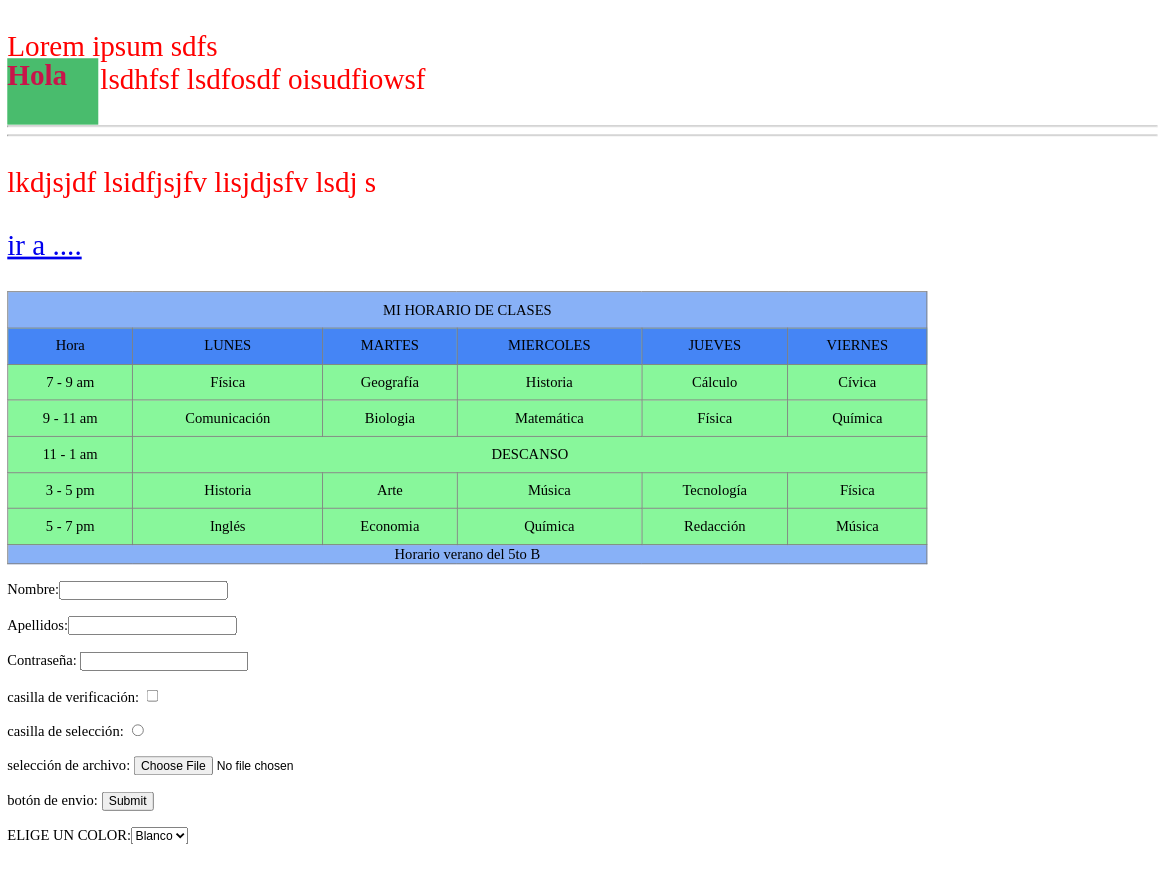
Repository: gadiazsaavedra/Unidad_2
Page: index.html
These files come from the project's save history. The page is drawn as it stood at one moment and after a run of saves; the edit follows.
The browser window is 1280 px wide. The pictures show the whole page, at 91% of full size.

Above is the page before, as saved 2023-08-07 16:41:10.

After the next 4 saves:
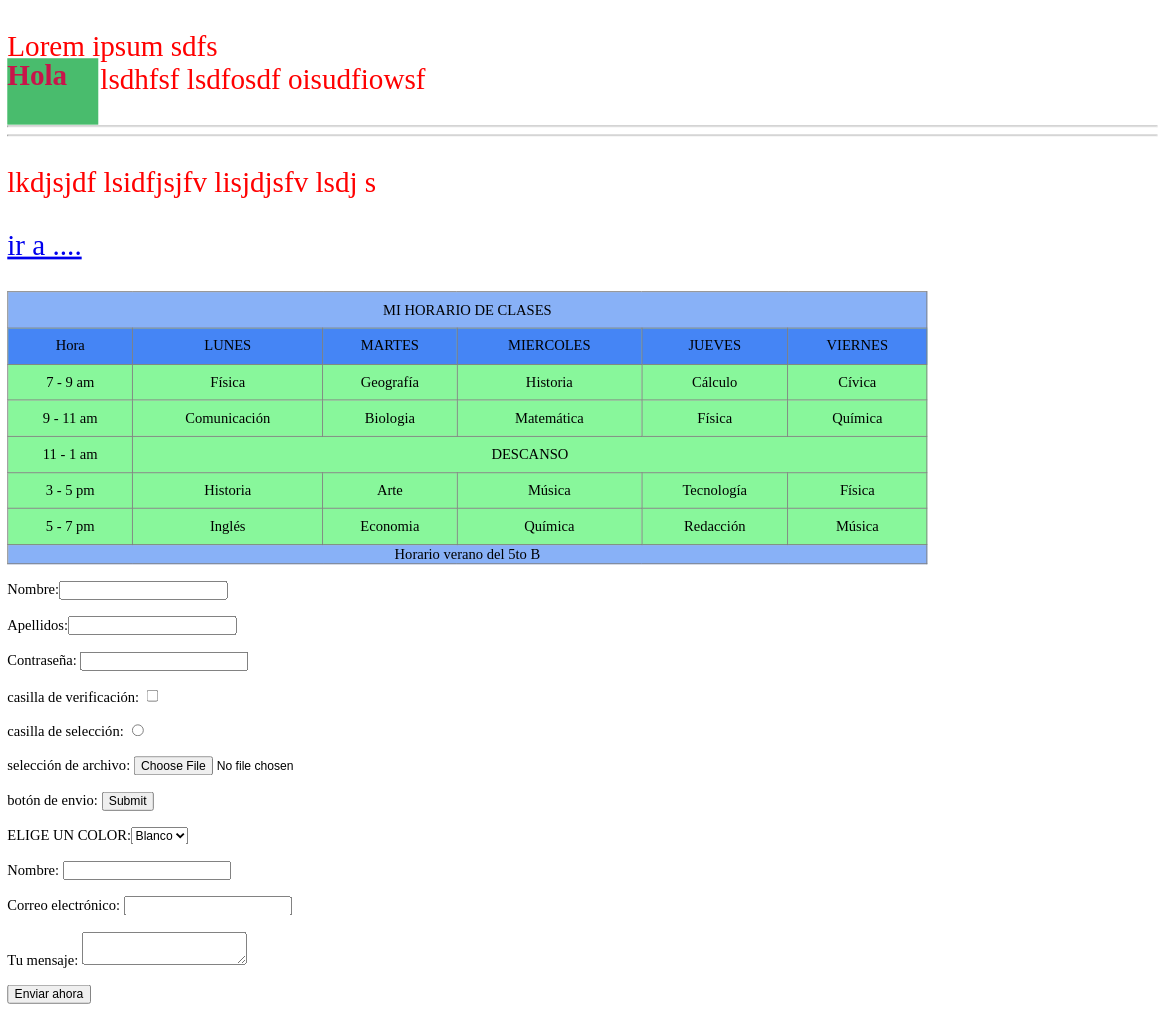
The 4 saves are shown as one change because they came seconds apart.
The last was saved 12 s later.
--- a/index.html
+++ b/index.html
@@ -102,7 +102,14 @@
           </select>
 
           </form>
+          <br/>
+          <form>
+            Nombre: <input name="nombre"  type="text"/>  <br/><br/>
+            Correo electrónico:   <input name="correo" type="email"/>  <br/><br/>
+            Tu mensaje:  <textarea name="mensaje"> </textarea> <br/><br/>
+              <input type="submit" value="Enviar ahora"/>
 
+            </form>
 
     </p>
   </body>
